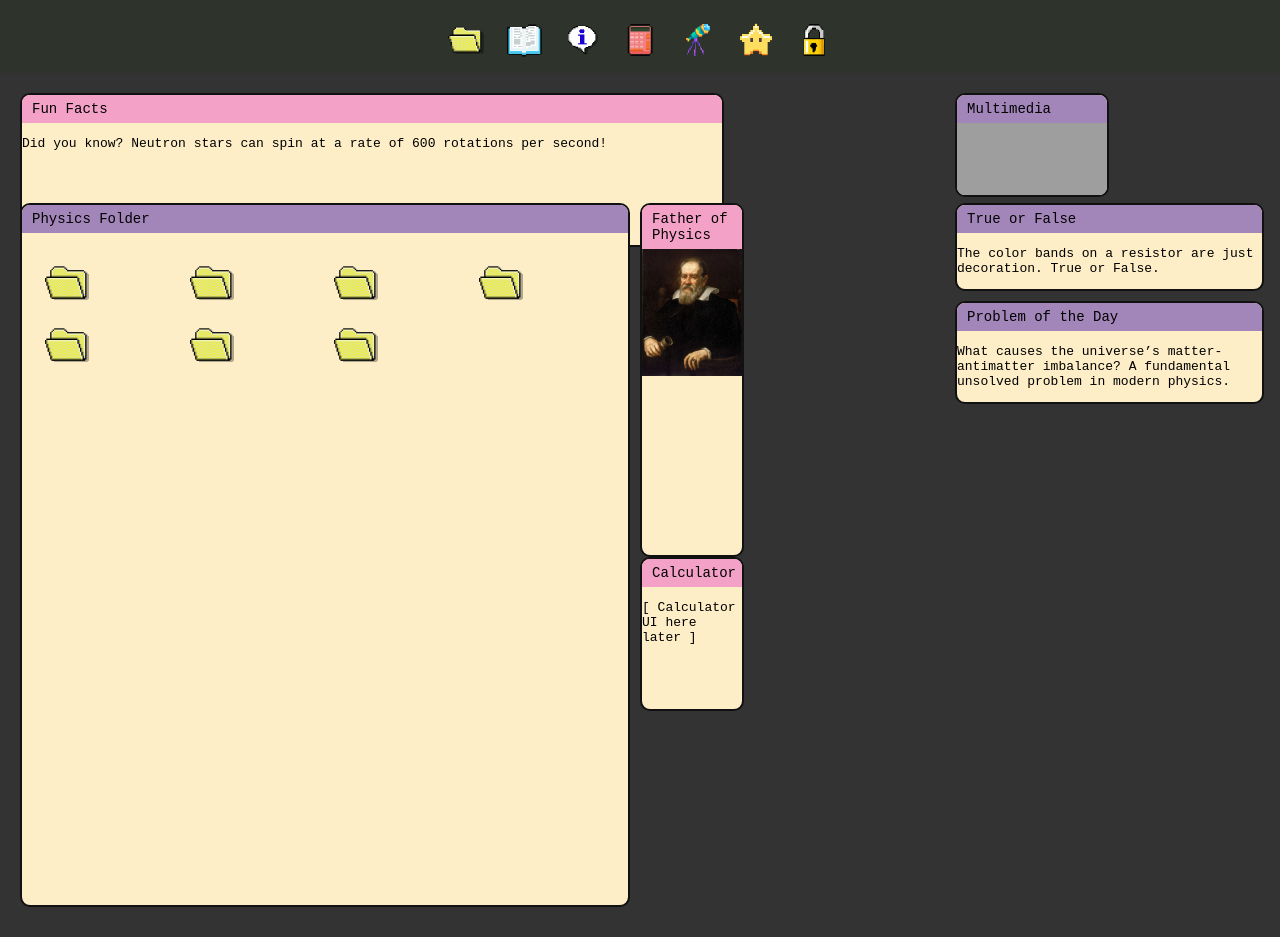
Repository: scarfer14/CCPHYS2L_Project
Page: /dashboard
The author's editor kept a copy of each file at every save. The page is drawn from the files as they stood at one save, then again after the next save.
The browser window is 1280 px wide. The pictures show the whole page.
Pictures or frames that could not be fetched are drawn as grey boxes. The project was rebuilt for these pictures with package versions that can differ from the ones it lists, and the page was loaded fresh each time. Also part of the build but not shown: vite.config.js, src/astartsc/start.jsx, src/lessons/folder1.css, src/lessons/folder1.jsx, src/lessons/book.css, src/lessons/book.jsx, src/lessons/email.css, src/lessons/email.jsx and 2 more.

Above is the page before, as saved 2025-05-29 15:33:45.

### index.html
<!doctype html>
<html lang="en">
  <head>
    <meta charset="UTF-8" />
    <link rel="icon" type="image/svg+xml" href="/gal.png" />
    <meta name="viewport" content="width=device-width, initial-scale=1.0" />
    <title>Physics Blast</title>
  </head>
  <link href="https://fonts.googleapis.com/css2?family=Orbitron:wght@500&family=Press+Start+2P&display=swap" rel="stylesheet">
  <body>
    <div id="root"></div>
    <script type="module" src="/src/main.jsx"></script>
  </body>
</html>

### src/index.css
:root {
  font-family: 'Press Start 2P', monospace;
  background-color: #2e342b;
  margin: 0;
  padding: 0;
  box-sizing: border-box;
}

body, html {
  margin: 0;
  padding: 0;
  width: 100%;
  height: 100%;
}

### src/App.jsx
import React from 'react';
import { BrowserRouter as Router, Routes, Route } from 'react-router-dom';

import Start from './astartsc/start';
import Dash from './bdashsc/dashnavbar';
import Dashbody from './bdashsc/dashbody';

import Folder1 from './lessons/folder1';
import Book from './lessons/book';


function Unlock() {
  return (
    <div>
      <Start />
    </div>
  );
}

function Dashboard() {
  return (
    <div>
      <Dash />
      <Dashbody />
    </div>
  );
}

function Lessons() {
  return (
    <div>
      <Folder1 />
      <Book />
    </div>
  );
}

function App() {
  return (
    <Router>
      <Routes>
        <Route path="/" element={<Unlock />} />
        <Route path="/unlock" element={<Unlock />} />
        <Route path="/dashboard" element={<Dashboard />} />
        <Route path="/folder1" element={<Lessons />} />
      </Routes>
    </Router>
  );
}

export default App;

### src/bdashsc/dashnavbar.jsx
import React, { useState } from 'react';
import { useNavigate } from 'react-router-dom';
import './dashnavbar.css';
import Folder1 from '../lessons/folder1';
import Book from '../lessons/book';
import Email from '../lessons/email';
import Telescope from '../lessons/telescope';


const icons = [
  'folder', 'book', 'email', 'calc', 'cat',
  'star', 'lock'
];


export default function DashNavbar() {
  const navigate = useNavigate();
  const [showFolder1, setShowFolder1] = useState(false);
  const [showBook, setShowBook] = useState(false);
  const [showEmail, setShowEmail] = useState(false);
  const [showTelescope, setShowTelescope] = useState(false);

  const handleIconClick = (icon) => {
    if (icon === 'folder') {
      setShowFolder1(true);
    }
    if (icon === 'book') {
      setShowBook(true);
    }
    if (icon === 'email') {
      setShowEmail(true);
    }
    if (icon === 'cat') {
      setShowTelescope(true);
    }
    else if (icon === 'lock')
    {
        navigate('/unlock');
    }
    else if (icon === 'star')
    {
        window.open('https://phet.colorado.edu/sims/html/circuit-construction-kit-dc/latest/circuit-construction-kit-dc_en.html');
    }


  };

  const handleCloseFolder1 = () => {
    setShowFolder1(false);
  };

  const handleCloseBook = () => {
    setShowBook(false);
  };

  const handleCloseEmail = () => {
    setShowEmail(false);
  };

  const handleCloseTelescope = () => {
    setShowTelescope(false);
  };


  return (
    <>
      <div className="dash-navbar">
        {icons.map((icon, index) => (
          <button
            key={index}
            className="icon-button"
            title={icon}
            onClick={() => handleIconClick(icon)}
          >
            <img src={`/assets/icons/${icon}.png`} alt={icon} />
          </button>
        ))}
      </div>

      {showFolder1 && <Folder1 onClose={handleCloseFolder1} />}
      {showBook && <Book onClose={handleCloseBook} />}
      {showEmail && <Email onClose={handleCloseEmail} />}
      {showTelescope && <Telescope onClose={handleCloseTelescope} />}
    </>
  );
}

### src/bdashsc/dashbody.jsx
import React from 'react';
import './dashbody.css';

export default function DashBody() {
  return (
    <div className="dashboard-content">

      <div className="tab fun-facts">
        <div className="tab-header">Fun Facts</div>
        <p>Did you know? Neutron stars can spin at a rate of 600 rotations per second!</p>
      </div>

      <div className="tab multimedia">
        <div className="tab-header1">Multimedia</div>
        <iframe
          src="https://www.youtube.com/embed/pSHVbLPWA28"
          title="Physics Video"
          allowFullScreen
        ></iframe>
      </div>

      <div className="tab physics-folder">
        <div className="tab-header1">Physics Folder</div>
        <div className="folder-grid">
          <img src="/assets/icons/folder.png" alt="Folder 1" />
          <img src="/assets/icons/folder.png" alt="Folder 2" />
          <img src="/assets/icons/folder.png" alt="Folder 3" />
          <img src="/assets/icons/folder.png" alt="Folder 4" />
          <img src="/assets/icons/folder.png" alt="Folder 5" />
          <img src="/assets/icons/folder.png" alt="Folder 6" />
          <img src="/assets/icons/folder.png" alt="Folder 7" />
        </div>
      </div>

    <div className="middle-stack">
      <div className="tab father">
        <div className="tab-header">Father of Physics</div>
        <img src="/assets/icons/galileogalilei.jpg" alt="Galileo Galilei" />
      </div>

      <div className="tab calculator">
        <div className="tab-header">Calculator</div>
        <p>[ Calculator UI here later ]</p>
      </div>
    </div>

      <div className="right-stack">
        <div className="tab fun-fact-2">
          <div className="tab-header1">True or False</div>
          <p>The color bands on a resistor are just decoration. True or False.</p>
        </div>

        <div className="tab problem">
          <div className="tab-header1">Problem of the Day</div>
          <p>
            What causes the universe’s matter-antimatter imbalance? A fundamental unsolved problem in modern physics.
          </p>
        </div>
      </div>

    </div>
  );
}

### src/astartsc/start.css

@import url('https://fonts.googleapis.com/css2?family=Press+Start+2P&display=swap');

body {
  margin: 0;
  background: #2e342b;
  font-family: 'Press Start 2P', monospace;
}

.screen {
  width: 100vw;
  height: 100vh;
  background-color: #2e342b;
  padding: 40px;
  display: flex;
  flex-direction: column;
  align-items: center;
  justify-content: center;
  box-shadow:
    0 0 60px 20px rgba(0, 0, 0, 0.6),
    inset 0 0 200px rgba(0, 0, 0, 0.9),
    inset 0 0 80px rgba(0, 0, 0, 0.7);
  position: relative;
  text-align: center;
  box-sizing: border-box;
  overflow: hidden;
  border-radius: 12px;
}

.welcome {
  color: #99ff99;
  margin-bottom: 10px;
  font-size: 20px;
  margin-bottom: 25px;
}

.title {
  color: #99ff99;
  font-size: 50px;
  line-height: 1.2;
  margin-bottom: 20px;
}

.unlock-btn {
  font-size: 15px;
  background-color: transparent;
  color: #aaffaa;
  border: 1px solid #aaffaa;
  padding: 6px 12px;
  cursor: pointer;
  margin-top: 100px;
  animation: blink 1s infinite alternate;
  font-family: 'Press Start 2P', monospace;
}

.unlock-btn:hover {
  background-color: #333;
}

@keyframes blink {
  from { opacity: 5; }
  to { opacity: 0.4; }
}

### src/bdashsc/dashnavbar.css
.dash-navbar {
  background-color: #2e342b;
  padding: 6px 10px;
  display: flex;
  justify-content: center;
  gap: 10px;
  align-items: center;
}

.icon-button {
  background: transparent;
  border: transparent;
  padding: 4px;
  cursor: pointer;
  transition: transform 0.1s ease-in-out;
}

.icon-button:hover {
  transform: scale(1.1);
  filter: brightness(1.3);
}

.icon-button img {
  margin-top: 10px;
  width: 40px;
  height: 40px;
  image-rendering: pixelated;
}

.popup-overlay {
  position: fixed;
  top: 0;
  left: 0;
  width: 100%;
  height: 100%;
  background: rgba(0, 0, 0, 0.6);
  display: flex;
  justify-content: center;
  align-items: center;
  z-index: 999;
}

.popup-content {
  background: #fff;
  padding: 20px;
  border-radius: 12px;
  width: 80%;
  max-width: 600px;
  max-height: 90vh;
  overflow-y: auto;
  position: relative;
}

.close-btn {
  position: absolute;
  top: 10px;
  right: 14px;
  background: transparent;
  border: none;
  font-size: 24px;
  cursor: pointer;
}

### src/bdashsc/dashbody.css
.dashboard-content {
  display: grid;
  grid-template-columns: 2fr 1fr 1fr;
  grid-template-rows: 100px auto auto; /* <-- added 3rd row */
  gap: 10px;
  padding: 20px;
  background-color: #333;
  grid-template-areas:
    "fun-facts fun-facts multimedia"
    "physics-folder father right-stack"
    ". calculator ."; /* place calculator below father */
}


/* General Tab Styling */
.tab {
  background-color: #fdeec7;
  border: 2px solid #111;
  color: #000000;
  font-family: monospace;
  overflow: hidden;
  border-radius: 10px;
  display: flex;
  flex-direction: column;
}

.tab-header,
.tab-header1 {
  padding: 6px 10px;
  font-size: 14px;
  text-align: left;
}

.tab-header {
  background-color: #f4a1c8;
}

.tab-header1 {
  background-color: #a285b9;
}

/* Grid Area Assignments */
.fun-facts      { grid-area: fun-facts; height: 150px; width: 700px;}
.multimedia     { grid-area: multimedia; height: 100px; width: 150px;}
.physics-folder { grid-area: physics-folder; min-height: 700px; min-width: 500px; }
.father         { grid-area: father; height: 350px; width: 100px}

/* Right Column Stack */
.right-stack {
  grid-area: right-stack;
  display: flex;
  flex-direction: column;
  gap: 10px;
}

/* Clear old positioning from individually stacked tabs */
.fun-fact-2,
.problem,
.calculator {
  height: auto;
  width: 100%;
}

/* Folders Section */
.physics-folder .folder-grid {
  display: grid;
  grid-template-columns: repeat(4, 1fr);
  margin-top: 5px;
  gap: 12px;
  padding: 20px;
}

.folder-grid img {
  width: 50px;
  height: 50px;
  image-rendering: pixelated;
}

/* Multimedia section (YouTube) */
.multimedia iframe {
  width: 100%;
  height: 100%;
  border: none;
}

.calculator {
  grid-column: 2; /* below father */
  grid-row: 3;    /* new row below father and right-stack */
  width: 100px;
  min-height: 150px;
}

/* Optional: Calculator or image specific tweaks */
.calculator img {
  width: 100%;
  height: auto;
}

.problem {
  width: 100%;
  height: auto;
}

Loaded but not shown: src/main.jsx (common file)

After the next save:
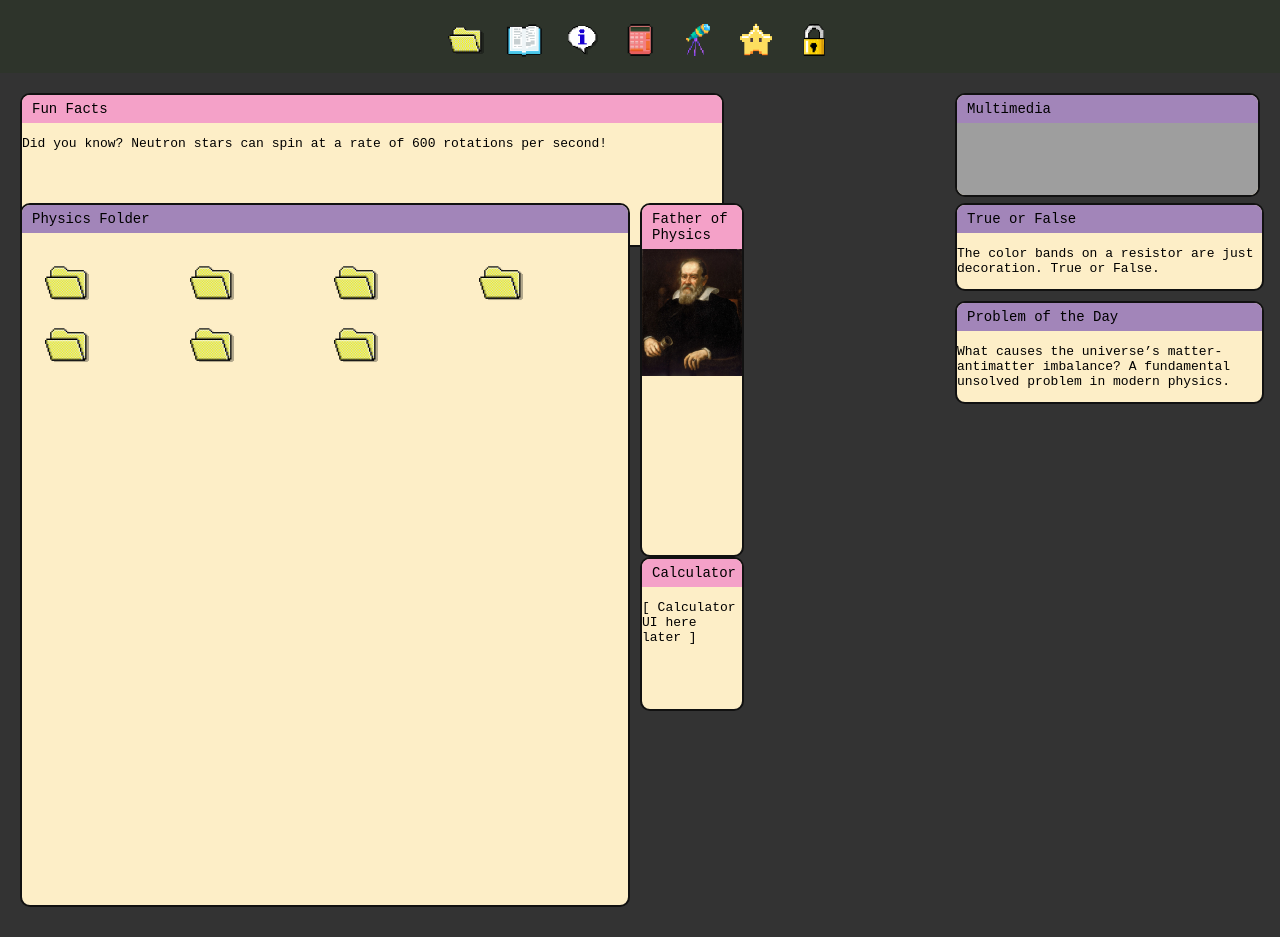
Saved 9 s later.
--- a/src/bdashsc/dashbody.css
+++ b/src/bdashsc/dashbody.css
@@ -41,7 +41,7 @@
 
 /* Grid Area Assignments */
 .fun-facts      { grid-area: fun-facts; height: 150px; width: 700px;}
-.multimedia     { grid-area: multimedia; height: 100px; width: 150px;}
+.multimedia     { grid-area: multimedia; height: 100px;}
 .physics-folder { grid-area: physics-folder; min-height: 700px; min-width: 500px; }
 .father         { grid-area: father; height: 350px; width: 100px}
 
